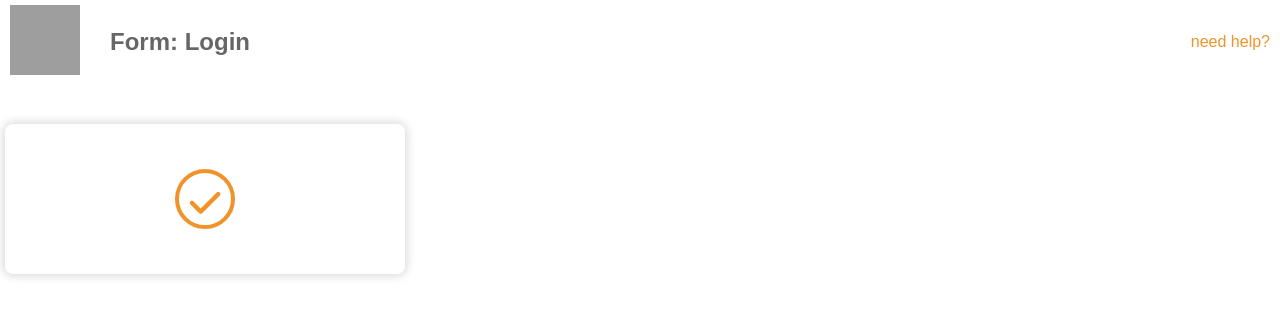
Repository: NguyenDucHung20002/project-homev1
Page: checkout/checkout.html
An editor plug-in stored every save of this project. The page is shown before and after the next save, followed by the edit.
The browser window is 1280 px wide. The pictures show the whole page.
Pictures or frames that could not be fetched are drawn as grey boxes. The style sheet was rebuilt from its Sass, Less or Tailwind sources for each picture, by a compiler version that may differ from the author's.

Above is the page before, as saved 2022-09-20 09:22:35.

After the next save:
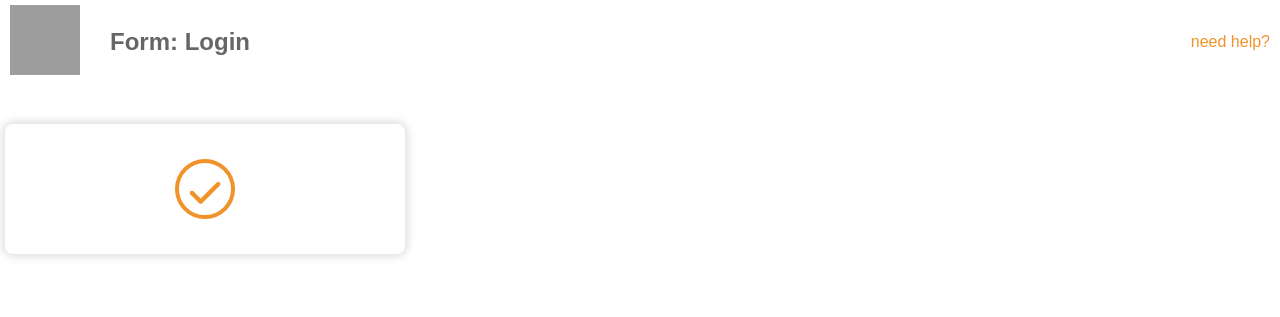
Saved 69 s later.
--- a/checkout/checkout.scss
+++ b/checkout/checkout.scss
@@ -54,7 +54,7 @@ header {
       align-items: center;
       justify-content: center;
       width: 400px;
-      height: 150px;
+      height: 130px;
       border-radius: 8px;
       box-shadow: 0px 0px 10px 2px rgba(0, 0, 0, 0.15);
       i {
